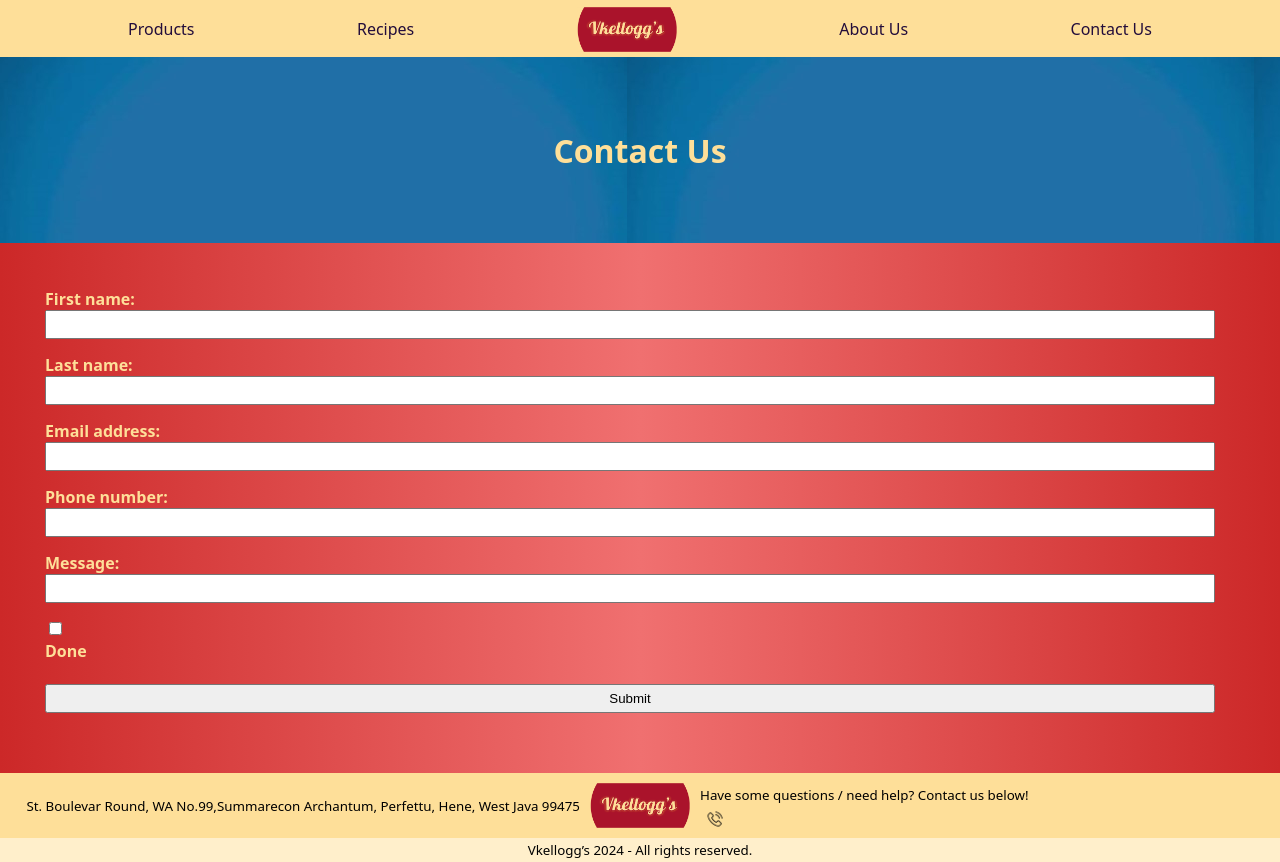
Repository: sugralld/VKelloggs
Page: Code and Assets/html/contactus.html
An editor plug-in stored every save of this project. The page is shown before and after the next save, followed by the edit.
The browser window is 1280 px wide. The pictures show the whole page.

Above is the page before, as saved 2024-12-03 21:10:43.

After the next save:
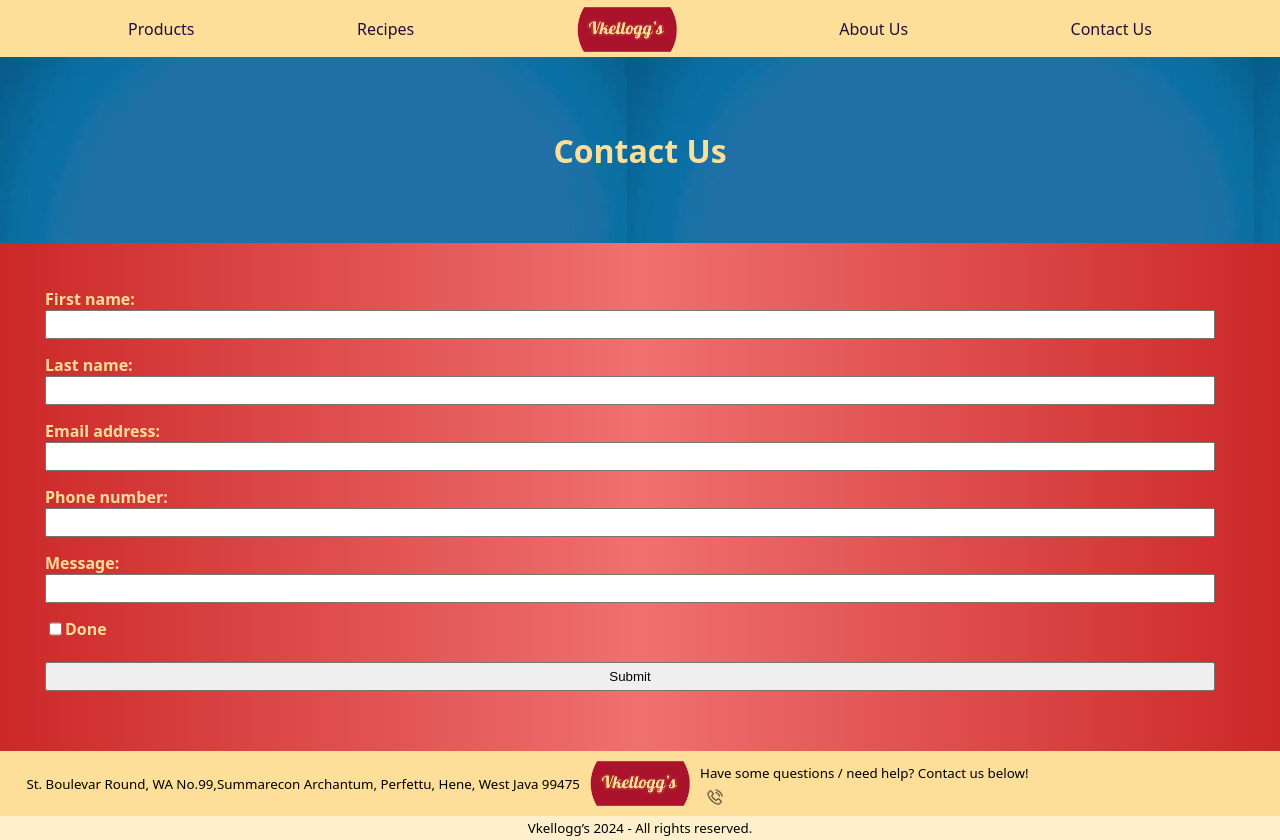
Saved 27 s later.
--- a/Code and Assets/css/contactus.css
+++ b/Code and Assets/css/contactus.css
@@ -27,5 +27,5 @@
 }
 
 .form .checkbox-container{
-    display: inline;
+    display: flex;
 }
